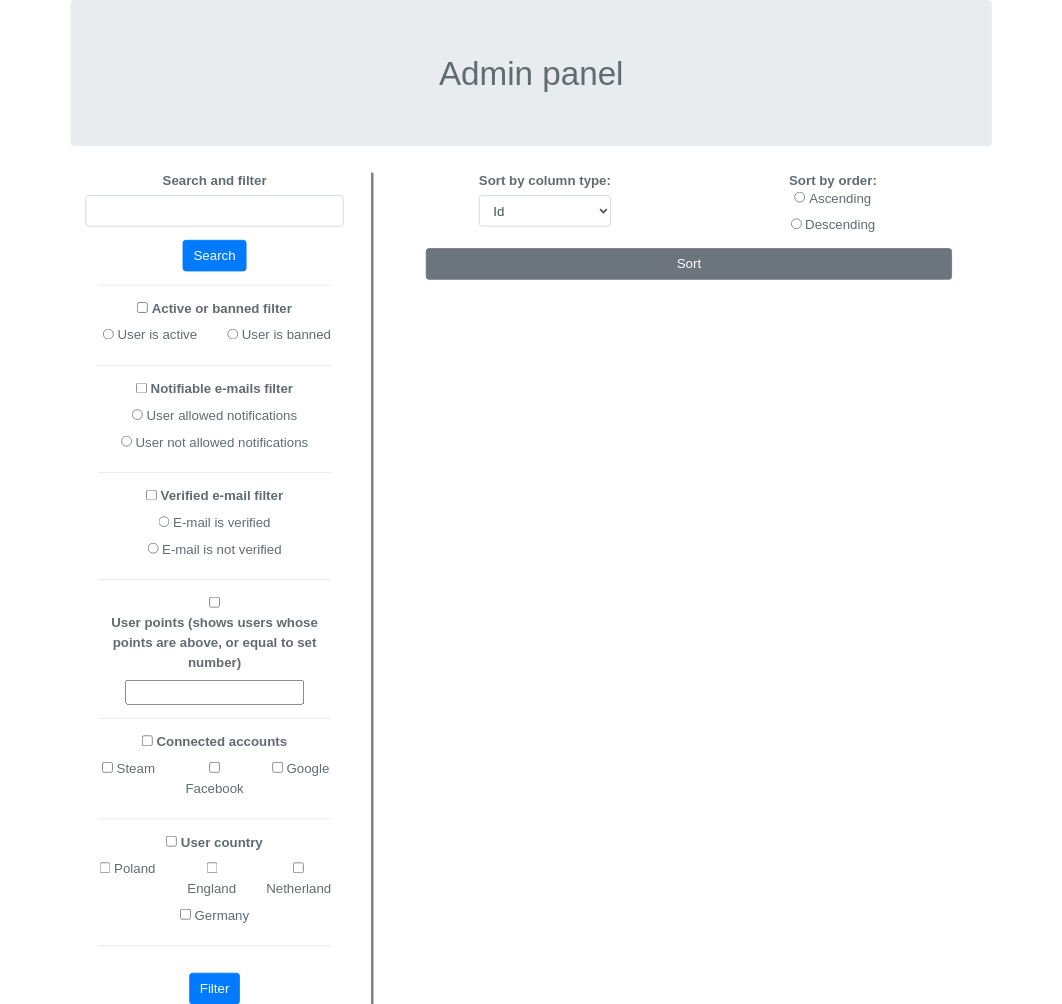
Repository: WOLVGVNG/gameclan
Page: resources/views/admin_panel.blade.php
These files come from the project's save history. The page is drawn as it stood at one moment and after the next save; the edit follows.
The browser window is 1280 px wide. The pictures show the whole page, at 83% of full size.
The page is served by the project's Laravel application, run on PHP 8.4 with Laravel 8. Other server files are loaded and not shown. The template is opened directly, without the code that normally fills it, so the values that code supplies are empty.

Above is the page before, as saved 2019-03-20 23:21:14.

### routes/web.php
<?php

/*
|--------------------------------------------------------------------------
| Web Routes
|--------------------------------------------------------------------------
|
| Here is where you can register web routes for your application. These
| routes are loaded by the RouteServiceProvider within a group which
| contains the "web" middleware group. Now create something great!
|
*/

Route::get('/', 'AdminPanelController@index');

### resources/views/admin_panel.blade.php
@extends('layout.app')
@section('content')
<div class='container text-center'>
    <h1 class='jumbotron'>Admin panel</h1>
    <form action='/' method='GET'>
        <div class='row'>
            <div class='col-md-4 px-4 px-md-5' id='filter-div'>
                <!-----------------------------SZUKANIE---------------------------->
                <div class='row'>
                    <h6 class='font-weight-bold mx-auto'>Search and filter</h6>
                    <input type='text' class='form-control' name='search' value='{{ session('search') }}'>
                </div>
                <div class='row'>
                    <button type='submit' class='btn btn-primary mt-3 mx-auto'>Search</button>
                </div>
                <hr>

                <!-----------------------------FILTROWANIE---------------------------->
                <input type='checkbox' name='filter_active_switch' id='active_switch' value=true @if(session('filter_active_switch')==true) echo checked @endif>
                <label for='active_switch' class='font-weight-bold text-center'>Active or banned filter</label>
                <div class='row'>
                    <div class='col'>
                        <input type='radio' name='filter_active' id='active' value='active' @if(session('filter_active')=='active') echo checked @endif>
                        <label for='active'>User is active</label>
                    </div>
                    <div class='col'>
                        <input type='radio' name='filter_active' id='banned' value='banned' @if(session('filter_active  ')=='banned') echo checked @endif>
                        <label for='banned'>User is banned</label>
                    </div>
                </div>

                <hr>

                <input type='checkbox' name='filter_notifiable_email_switch' id='notifiable_email_switch' value=true @if(session('filter_notifiable_email_switch')==true) echo checked @endif>
                <label for='notifiable_email_switch' class='font-weight-bold text-center'>Notifiable e-mails filter</label>
                <div class='row'>
                    <div class='col mx-auto'>
                        <div class='col-12'>
                            <input type='radio' name='filter_notifiable_email' id='notifiable_email_yes' value='true' @if(session('filter_notifiable_email')=='true') echo checked @endif>
                            <label for='notifiable_email_yes'>User allowed notifications</label>
                        </div>
                        <div class='col-12'>
                            <input type='radio' name='filter_notifiable_email' id='notifiable_email_no' value='false' @if(session('filter_notifiable_email')=='false') echo checked @endif>
                            <label for='notifiable_email_no'>User not allowed notifications</label>
                        </div>
                    </div>
                </div>

                <hr>

                {{--<input type='checkbox' name='filter_emails_switch' id='email_switch' value=true @if(session('filter_emails_switch')==true) echo checked @endif>
                <label for='email_switch' class='font-weight-bold text-center'>Users' email's providers</label>
                <div class='row'>
                    <div class='col'>
                        <input type='checkbox' name='filter_emails[]' id='gmail' value='gmail'>
                        <label for='gmail'>Gmail</label>
                    </div>
                    <div class='col'>
                        <input type='checkbox' name='filter_emails[]' id='outlook' value='outlook'>
                        <label for='outlook'>Outlook</label>
                    </div>
                    <div class='col'>
                        <input type='checkbox' name='filter_emails[]' id='yahoo' value='yahoo'>
                        <label for='yahoo'>Yahoo</label>
                    </div>
                    <div class='col'>
                        <input type='checkbox' name='filter_emails[]' id='yandex' value='yandex'>
                        <label for='yandex'>Yandex</label>
                    </div>
                    <div class='col'>
                        <input type='checkbox' name='filter_emails[]' id='icloud' value='icloud'>
                        <label for='icloud'>Icloud</label>
                    </div>
                    <div class='col'>
                        <input type='checkbox' name='filter_emails[]' id='onet' value='onet'>
                        <label for='onet'>Onet</label>
                    </div>
                </div>--}}

                <input type='checkbox' name='filter_verified_email_switch' id='verified_email_switch' value=true @if(session('filter_verified_email_switch')==true) echo checked @endif>
                <label for='verified_email_switch' class='font-weight-bold text-center'>Verified e-mail filter</label>
                <div class='row'>
                    <div class='col mx-auto'>
                        <div class='col-12'>
                            <input type='radio' name='filter_verified_email' id='verified_email_yes' value='true' @if(session('filter_verified_email')=='true') echo checked @endif>
                            <label for='verified_email_yes'>E-mail is verified</label>
                        </div>
                        <div class='col-12'>
                            <input type='radio' name='filter_verified_email' id='verified_email_no' value='false' @if(session('filter_verified_email')=='false') echo checked @endif>
                            <label for='verified_email_no'>E-mail is not verified</label>
                        </div>
                    </div>
                </div>

                <hr>

                <input type='checkbox' name='filter_points_switch' id='points_switch' value=true @if(session('filter_points_switch')==true) echo checked @endif>
                <label for='points_switch' class='font-weight-bold text-center'>User points (shows users whose points are above, or equal to set number)</label>
                <div class='row'>
                    <div class='col-12'>
                        <input type='number' name='filter_points' value={{session('filter_points')}}>
                    </div>
                </div>

                <hr>

                <input type='checkbox' name='filter_connected_accounts_switch' id='connected_accounts_switch' value=true @if(session('filter_connected_accounts_switch')==true) echo checked @endif>
                <label for='connected_accounts_switch' class='font-weight-bold text-center'>Connected accounts</label>
                <div class='row'>
                    <div class='col'>
                        <input type='checkbox' name='filter_connected_accounts_steam' id='connected_accounts_steam' value='steam' @if(session('filter_connected_accounts_steam')=='steam') echo checked @endif>
                        <label for='connected_accounts_steam'>Steam</label>
                    </div>
                    <div class='col'>
                        <input type='checkbox' name='filter_connected_accounts_facebook' id='connected_accounts_facebook' value='facebook' @if(session('filter_connected_accounts_facebook')=='facebook') echo checked @endif>
                        <label for='connected_accounts_facebook'>Facebook</label>
                    </div>
                    <div class='col'>
                        <input type='checkbox' name='filter_connected_accounts_google' id='connected_accounts_google' value='google' @if(session('filter_connected_accounts_google')=='google') echo checked @endif>
                        <label for='connected_accounts_google'>Google</label>
                    </div>
                </div>

                <hr>

                <input type='checkbox' name='filter_geo_switch' id='geo_switch' value=true @if(session('filter_geo_switch')==true) echo checked @endif>
                <label for='geo_switch' class='font-weight-bold text-center'>User country</label>
                <div class='row'>
                    <div class='col'>
                        <input type='checkbox' name='filter_geo_poland' id='geo_poland' value='poland' @if(session('filter_geo_poland')=='poland') echo checked @endif>
                        <label for='geo_poland'>Poland</label>
                    </div>
                    <div class='col'>
                        <input type='checkbox' name='filter_geo_england' id='geo_england' value='england' @if(session('filter_geo_england')=='england') echo checked @endif>
                        <label for='geo_england'>England</label>
                    </div>
                    <div class='col'>
                        <input type='checkbox' name='filter_geo_netherland' id='geo_netherland' value='netherland' @if(session('filter_geo_netherland')=='netherland') echo checked @endif>
                        <label for='geo_netherland'>Netherland</label>
                    </div>
                    <div class='col'>
                        <input type='checkbox' name='filter_geo_germany' id='geo_germany' value='germany' @if(session('filter_geo_germany')=='germany') echo checked @endif>
                        <label for='geo_germany'>Germany</label>
                    </div>
                </div>

                <hr>

                <div class='row'>
                    <button type='submit' class='btn btn-primary mt-3 mx-auto'>Filter</button>
                </div>
            </div>

            <div class='col-md-8 px-4 px-md-5'>
                <!-----------------------------SORTOWANIE---------------------------->
                <div class='row'>
                    <div class='col-sm-6'>
                        <h6 class='font-weight-bold mt-4 mt-md-0'>Sort by column type:</h6>
                        <select class='form-control w-50 mx-auto' name='sort_type' value='{{ session('sort_type') }}'>
                            {{--<option>{{ session('sort_type') }}</option>--}}
                            <option value='id' @if(session('sort_type') == 'id') echo selected @endif>Id</option>
                            <option value='user_name' @if(session('sort_type') == 'user_name') echo selected @endif>User name</option>
                            <option value='email' @if(session('sort_type') == 'email') echo selected @endif>E-mail</option>
                            <option value='notifiable_email' @if(session('sort_type') == 'notifiable_email') echo selected @endif>Notifiable email</option>
                            <option value='email_verified_at' @if(session('sort_type') == 'email_verified_at') echo selected @endif>Email verification date</option>
                            <option value='points' @if(session('sort_type') == 'points') echo selected @endif>Points</option>
                            <option value='steam_id' @if(session('sort_type') == 'steam_id') echo selected @endif>Steam id</option>
                            <option value='facebook_id' @if(session('sort_type') == 'facebook_id') echo selected @endif>Facebook id</option>
                            <option value='google_id' @if(session('sort_type') == 'google_id') echo selected @endif>Google id</option>
                            <option value='geo' @if(session('sort_type') == 'geo') echo selected @endif>Country</option>
                            <option value='lang' @if(session('sort_type') == 'lang') echo selected @endif>Language</option>
                            <option value='ref' @if(session('sort_type') == 'ref') echo selected @endif>Ref</option>
                            <option value='ref_status' @if(session('sort_type') == 'ref_status') echo selected @endif>Ref status</option>
                            <option value='ref_code' @if(session('sort_type') == 'ref_code') echo selected @endif>Ref code</option>
                            <option value='deleted_at' @if(session('sort_type') == 'deleted_at') echo selected @endif>The date of removal</option>
                            <option value='created_at' @if(session('sort_type') == 'created_at') echo selected @endif>Creation date</option>
                            <option value='updated_at' @if(session('sort_type') == 'updated_at') echo selected @endif>Update date</option>
                        </select>
                    </div>
                    <div class='col-sm-6'>
                        <h6 class='font-weight-bold my-4 my-md-0'>Sort by order:</h6>
                        <input type='radio' name='sort_order' value='asc' id='asc'
                                @if(session('sort_order') == 'asc') echo checked @endif>
                        <label for='asc'>Ascending</label>
                        <br>
                        <input type='radio' name='sort_order' value='desc' id='desc'
                                @if(session('sort_order') == 'desc') echo checked @endif>
                        <label for='desc'>Descending</label>
                    </div>
                </div>
                <div class='col mt-2 mb-5'>
                    <button type='submit' class='btn btn-block btn-secondary'>Sort</button>
                </div>
            </form>

            <!-----------------------------WYŚWIETLANIE---------------------------->
            @foreach($users as $user)
                <div class='row mb-5 user-part-div'>
                    <div class='user-part-div col'>
                        <p class='font-weight-bold'>id</p>
                        <p>{{$user->id}}</p>
                    </div>
                    <div class='user-part-div col'>
                        <p class='font-weight-bold'>user_name</p>
                        <p>{{$user->user_name}}</p>
                    </div>
                    <div class='user-part-div col'>
                        <p class='font-weight-bold'>email</p>
                        <p>{{$user->email}}</p>
                    </div>
                    @if(isset($user->email_verified_at))
                        <div class='user-part-div col'>
                            <p class='font-weight-bold'>email_verified_at</p>
                            <p>{{$user->email_verified_at}}</p>
                        </div>
                    @endif
                    @if(isset($user->email_verified_at))
                        <div class='user-part-div col'>
                            <p class='font-weight-bold'>remember_token</p>
                            <p>{{$user->remember_token}}</p>
                        </div>
                    @endif
                    <div class='user-part-div col'>
                        <p class='font-weight-bold'>avatar</p>
                        <p>{{$user->avatar}}</p>
                    </div>
                    <div class='user-part-div col'>
                        <p class='font-weight-bold'>points</p>
                        <p>{{$user->points}}</p>
                    </div>
                    @if(isset($user->steam_id))
                        <div class='user-part-div col'>
                            <p class='font-weight-bold'>steam_id</p>
                            <p>{{$user->steam_id}}</p>
                        </div>
                    @endif
                    @if(isset($user->facebook_id))
                        <div class='user-part-div col'>
                            <p class='font-weight-bold'>facebook_id</p>
                            <p>{{$user->facebook_id}}</p>
                        </div>
                    @endif
                    @if(isset($user->google_id))
                        <div class='user-part-div col'>
                            <p class='font-weight-bold'>google_id</p>
                            <p>{{$user->google_id}}</p>
                        </div>
                    @endif
                    <div class='user-part-div col'>
                        <p class='font-weight-bold'>geo</p>
                        <p>{{$user->geo}}</p>
                    </div>
                    <div class='user-part-div col'>
                        <p class='font-weight-bold'>lang</p>
                        <p>{{$user->lang}}</p>
                    </div>
                    @if(isset($user->ref))
                        <div class='user-part-div col'>
                            <p class='font-weight-bold'>ref</p>
                            <p>{{$user->ref}}</p>
                        </div>
                    @endif
                    @if(isset($user->ref_status))
                        <div class='user-part-div col'>
                            <p class='font-weight-bold'>ref_status</p>
                            <p>{{$user->ref_status}}</p>
                        </div>
                    @endif
                    <div class='user-part-div col'>
                        <p class='font-weight-bold'>ref_code</p>
                        <p>{{$user->ref_code}}</p>
                    </div>
                    @if(isset($user->deleted_at))
                        <div class='user-part-div col'>
                            <p class='font-weight-bold'>deleted_at</p>
                            <p>{{$user->deleted_at}}</p>
                        </div>
                    @endif
                    <div class='user-part-div col'>
                        <p class='font-weight-bold'>created_at</p>
                        <p>{{$user->created_at}}</p>
                    </div>
                    @if(isset($user->updated_at))
                        <div class='user-part-div col'>
                            <p class='font-weight-bold'>updated_at</p>
                            <p>{{$user->updated_at}}</p>
                        </div>
                    @endif
                </div>
            @endforeach
        </div>
    </div>

    <!-----------------------------PAGINACJA---------------------------->
    <div class='row'>
        <div class='mx-auto'>
            {{ $users->links() }}
        </div>
    </div>
</div>
@endsection

### resources/views/layout/app.blade.php
<!doctype html>
<html lang="{{ str_replace('_', '-', app()->getLocale()) }}">
    <head>
        <meta charset="utf-8">
        <meta name="viewport" content="width=device-width, initial-scale=1">

        <title>Laravel</title>

        <link rel="stylesheet" href="https://stackpath.bootstrapcdn.com/bootstrap/4.3.1/css/bootstrap.min.css" integrity="sha384-ggOyR0iXCbMQv3Xipma34MD+dH/1fQ784/j6cY/iJTQUOhcWr7x9JvoRxT2MZw1T" crossorigin="anonymous">

        <style>
            html, body {
                background-color: #fff;
                color: #636b6f;
                font-family: 'Nunito', sans-serif;
                font-weight: 200;
                height: 100vh;
                margin: 0;
            }

            .user-part-div {
                border: 2px solid gray;
            }

            #filter-div {
                border-right: 3px solid gray;
            }
        </style>
    </head>
    <body>
        @yield('content')

    </body>
</html>

After the next save:
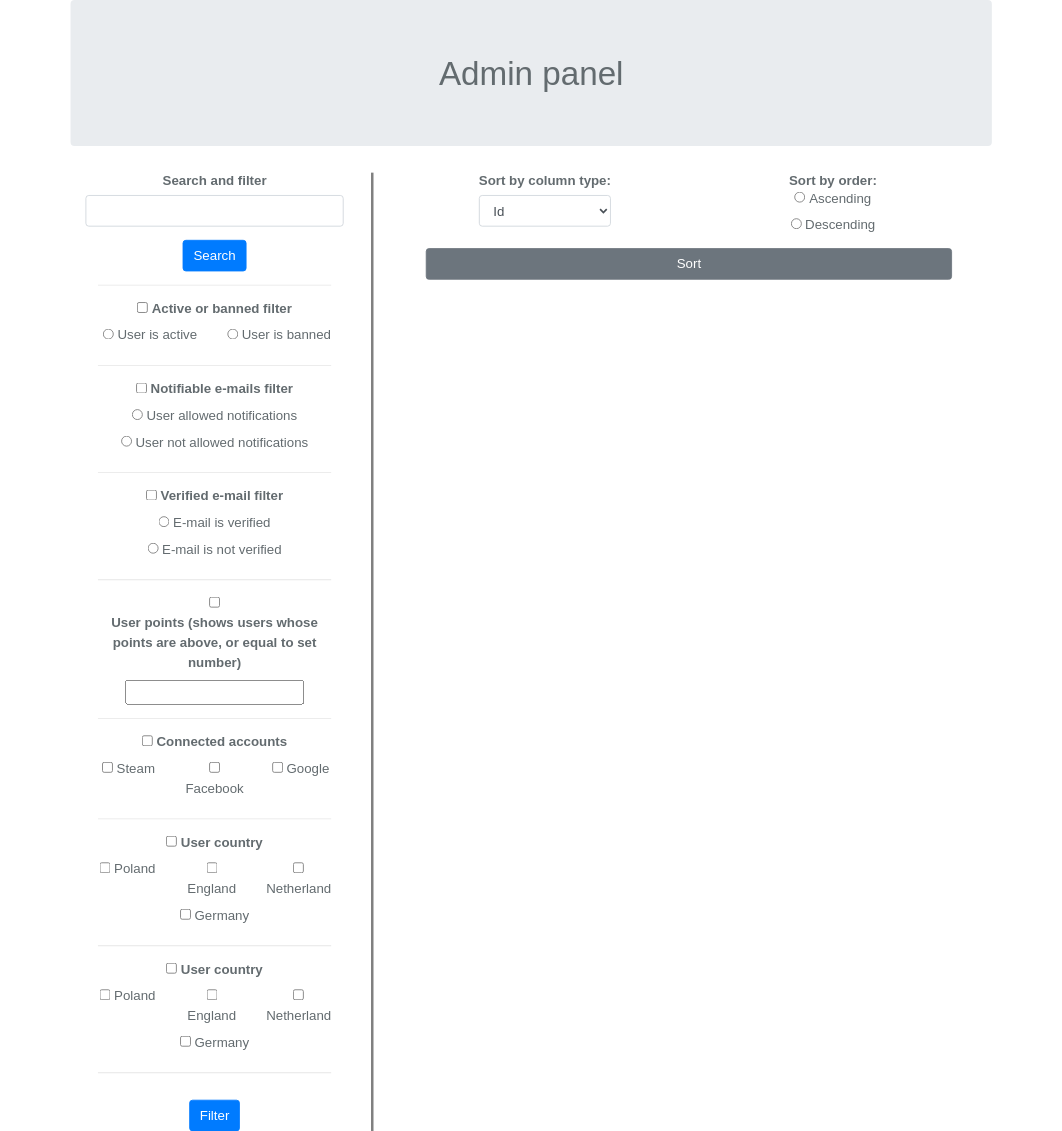
Saved 4 min 16 s later.
--- a/resources/views/admin_panel.blade.php
+++ b/resources/views/admin_panel.blade.php
@@ -141,6 +141,29 @@
                     <div class='col'>
                         <input type='checkbox' name='filter_geo_germany' id='geo_germany' value='germany' @if(session('filter_geo_germany')=='germany') echo checked @endif>
                         <label for='geo_germany'>Germany</label>
+                    </div>
+                </div>
+
+                <hr>
+
+                <input type='checkbox' name='filter_lang_switch' id='lang_switch' value=true @if(session('filter_lang_switch')==true) echo checked @endif>
+                <label for='lang_switch' class='font-weight-bold text-center'>User country</label>
+                <div class='row'>
+                    <div class='col'>
+                        <input type='checkbox' name='filter_lang_pl' id='lang_pl' value='pl' @if(session('filter_lang_pl')=='pl') echo checked @endif>
+                        <label for='lang_pl'>Poland</label>
+                    </div>
+                    <div class='col'>
+                        <input type='checkbox' name='filter_lang_en' id='lang_en' value='en' @if(session('filter_lang_en')=='en') echo checked @endif>
+                        <label for='lang_en'>England</label>
+                    </div>
+                    <div class='col'>
+                        <input type='checkbox' name='filter_lang_nl' id='lang_nl' value='nl' @if(session('filter_lang_nl')=='nl') echo checked @endif>
+                        <label for='lang_nl'>Netherland</label>
+                    </div>
+                    <div class='col'>
+                        <input type='checkbox' name='filter_lang_germany' id='lang_germany' value='germany' @if(session('filter_lang_germany')=='germany') echo checked @endif>
+                        <label for='lang_germany'>Germany</label>
                     </div>
                 </div>
 
